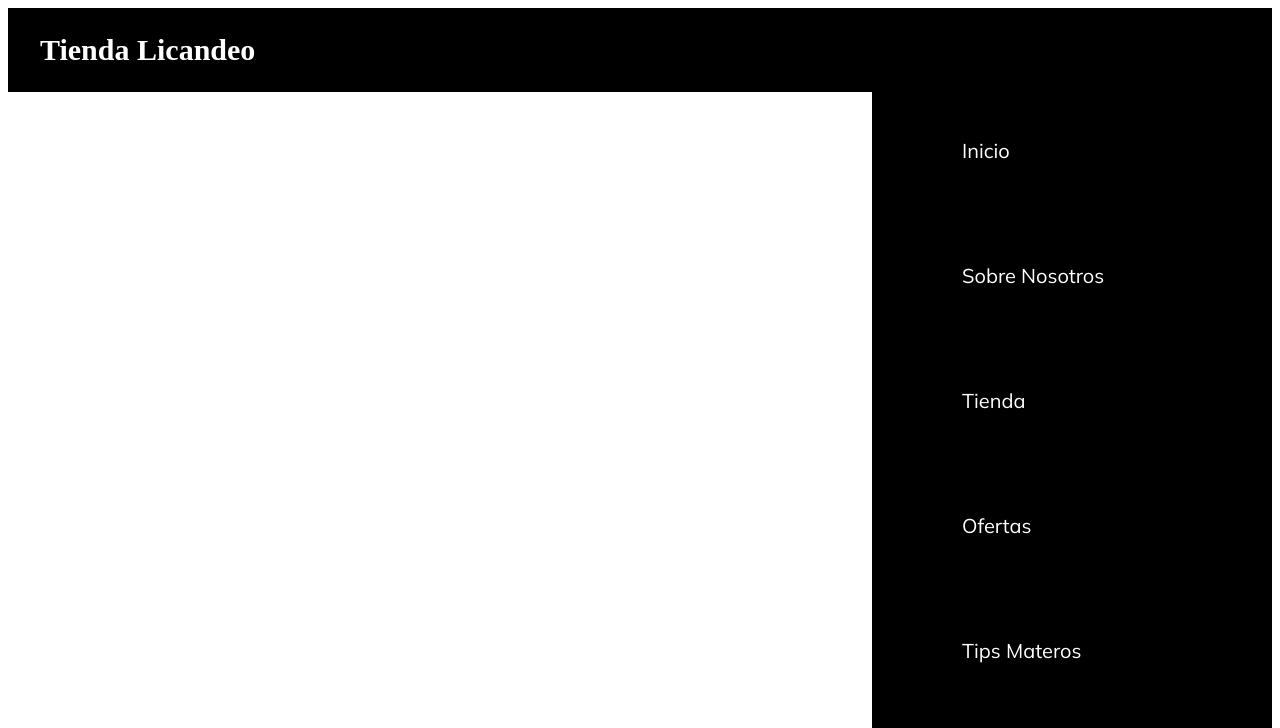
Repository: PiaTrujillo/LICANDEO-main
Page: index.html
These files come from the project's save history. The page is drawn as it stood at one moment and after a run of saves; the edit follows.
The browser window is 1280 px wide. The pictures show the whole page.
Some web fonts or font styles are not loaded; a fallback is used. Some web libraries are served in a nearby version.

Above is the page before, as saved 2023-04-27 16:51:12.

### index.html
<!DOCTYPE html>
<html lang="es">
  <head>
    <meta charset="utf-8" />
    <meta name="viewport" content="width=device-width, initial-scale=1.0" />
    <meta http-equiv="X-UA-Compatible" content="ie=edge" />
    <title>Tienda Licandeo</title>
    <script
      src="https://kit.fontawesome.com/283335a286.js"
      crossorigin="anonymous"
    ></script>
    <!--esta informacion es para el estilo de las letras estan en google font -->
    <link rel="preconnect" href="https://fonts.googleapis.com" />
    <link rel="preconnect" href="https://fonts.gstatic.com" crossorigin />
    <link
      href="https://fonts.googleapis.com/css2?family=Arima+Madurai:wght@700&family=Mulish:wght@400;700&display=swap"
      rel="stylesheet"
    />
    <link rel="stylesheet" href="css/normalize.css" />
    <link rel="stylesheet" href="css/estilos.css" />
  </head>
  <body>
    <header>
      <!--Lo sigueinte es el menu superior donde se establece el Logo y la navegacion-->
      <div class="encabezado">
        <div class="contenedor-navegacion">
          <!-- El Contenido-Navegacion es el padre de Logo y el menu de navegacion -->
          <div class="contenido-navegacion contenedor">
            <div class="logo">
              <h2>Tienda Licandeo</h2>
            </div>
            <nav class="navegacion">
              <a href="#">Inicio</a>
              <a href="#">Sobre Nosotros</a>
              <a href="#">Tienda</a>
              <a href="#">Ofertas</a>
              <a href="#">Tips Materos</a>
            </nav>
          </div>
        </div>
      </div>
    </header>
  </body>
</html>

### css/estilos.css
:root{
    --verde:#00A149;
    --blanco:#fff;
    --rojo:#881014;
    --oscuro:#000;
    --titulos:'Arima Madurai',cursive;
    --parrafos:'Mulish', sans-serif;
}
html{
    box-sizing: border-box;
    /*1rem = 10px*/
    font-size: 62.5%;
}
body{
    font-size: 1.6rem;
    overflow-x: hidden;
}

*,*::after, *::before{
    box-sizing: inherit;
}
/*Globales*/
.contenedor{
    max-width: 120rem;
    margin: 0 auto;
    width: 95%;
}
/* fuentes para los titulo y parrafos*/
h1,h2{
    font-family: var(--titulos);
}
h3,p,a{
    font-family: var(--parrafos);
}
/*Encabezado*/
/*color de contenedor de logo y menu*/
.contenedor-navegacion{
    background-color: var(--oscuro);
}
.contenido-navegacion{
    display: flex;
    align-items: center;
    justify-content: space-between;
}
/*color para el logo y el menu*/
.logo h2, .navegacion a{
    color: var(--blanco);
}
/* quitar las lineas ubicadas abajo del menu de navegacion*/
.navegacion a{
    text-decoration: none;
    font-size: 2rem;
    padding: 5rem;
}

Loaded but not shown: TestDjango/core/templates/core/css/normalize.css (library)

After the next 2 saves:
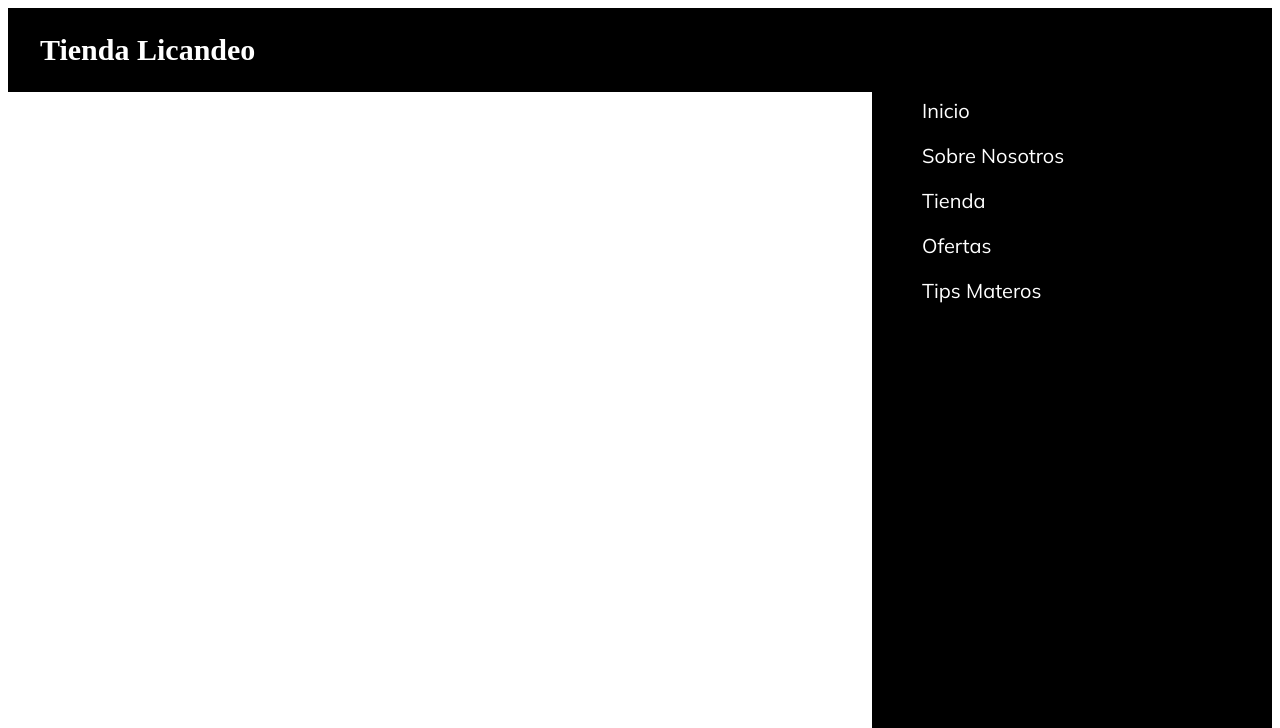
The 2 saves are shown as one change because they came seconds apart.
The last was saved 12 s later.
--- a/css/estilos.css
+++ b/css/estilos.css
@@ -50,5 +50,5 @@
 .navegacion a{
     text-decoration: none;
     font-size: 2rem;
-    padding: 5rem;
+    padding: 1rem;
 }
